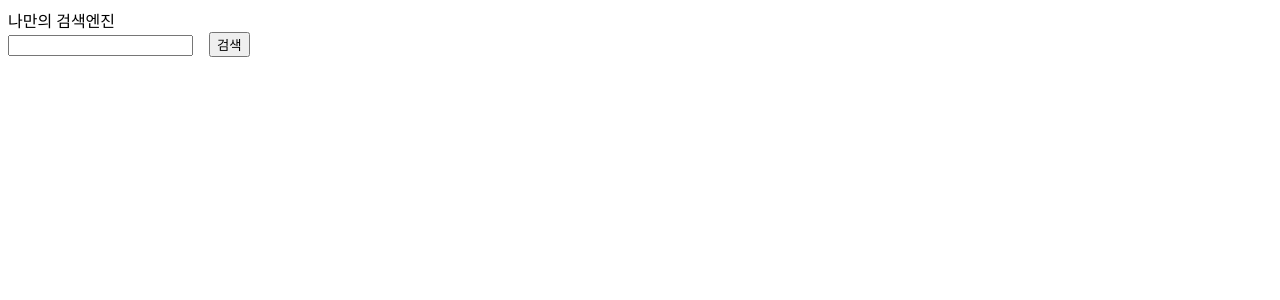
Repository: hus0124/M-IT
Page: JSP_Workspaces/Test3/WebContent/search.html
These files come from the project's save history. The page is drawn as it stood at one moment and after the next save; the edit follows.
The browser window is 1280 px wide. The pictures show the whole page.

Above is the page before, as saved 2020-01-02 00:26:19.

### JSP_Workspaces/Test3/WebContent/search.html
<!DOCTYPE html>
<html>
<head>
<meta charset="EUC-KR">
<title>Insert title here</title>
</head>
<body>

	<form action = "result.jsp" method = "get">
		나만의 검색엔진<br>
		<input type = "text" name = "search">&emsp;<input type = "submit" value = "검색">
	</form>
</body>
</html>

After the next save:
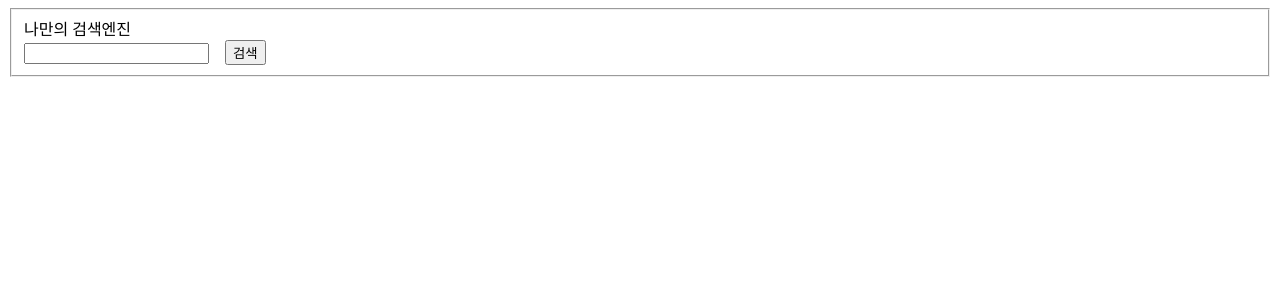
Saved 2 min 24 s later.
--- a/JSP_Workspaces/Test3/WebContent/search.html
+++ b/JSP_Workspaces/Test3/WebContent/search.html
@@ -5,10 +5,11 @@
 <title>Insert title here</title>
 </head>
 <body>
-
+	<fieldset style="size:25%";>
 	<form action = "result.jsp" method = "get">
 		나만의 검색엔진<br>
 		<input type = "text" name = "search">&emsp;<input type = "submit" value = "검색">
 	</form>
+	</fieldset>
 </body>
 </html>
